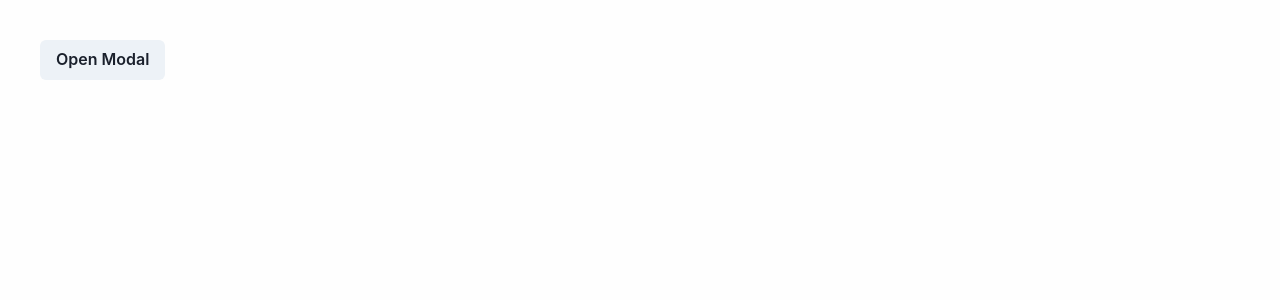
Repository: jorgelucasjs/chakra-ui-doc
Page: /
An editor plug-in stored every save of this project. The page is shown before and after a run of saves, followed by the edit.
The browser window is 1280 px wide. The pictures show the whole page.
The project was rebuilt for these pictures with package versions that can differ from the ones it lists, and the page was loaded fresh each time.

Above is the page before, as saved 2023-01-06 11:29:41.

After the next 4 saves:
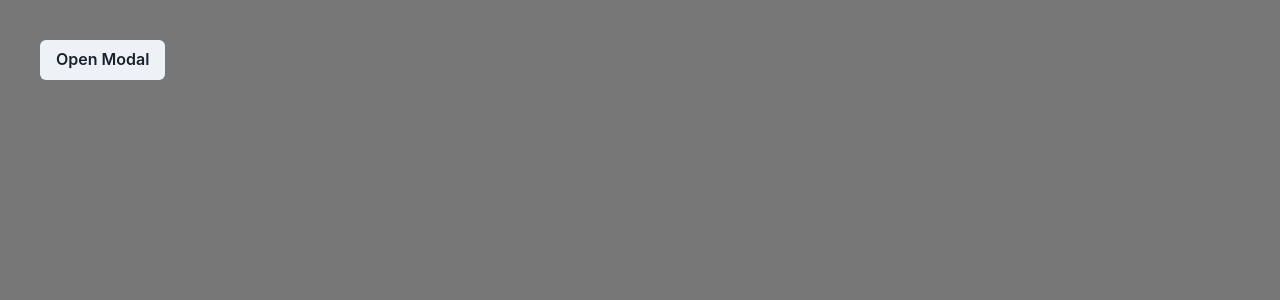
The 4 saves are shown as one change because they came seconds apart.
The last was saved 14 s later.
--- a/src/pages/index.tsx
+++ b/src/pages/index.tsx
@@ -11,7 +11,7 @@
 export default function index(): JSX.Element {
 
 	return (
-		<Box p={10} h={'100vh'} bg>
+		<Box p={10} h={'100vh'} bg='#777'>
 			{/* <Gradient /> */}
 			{/* <ColorMode /> */}
 			{/* <ModalComponent /> */}
